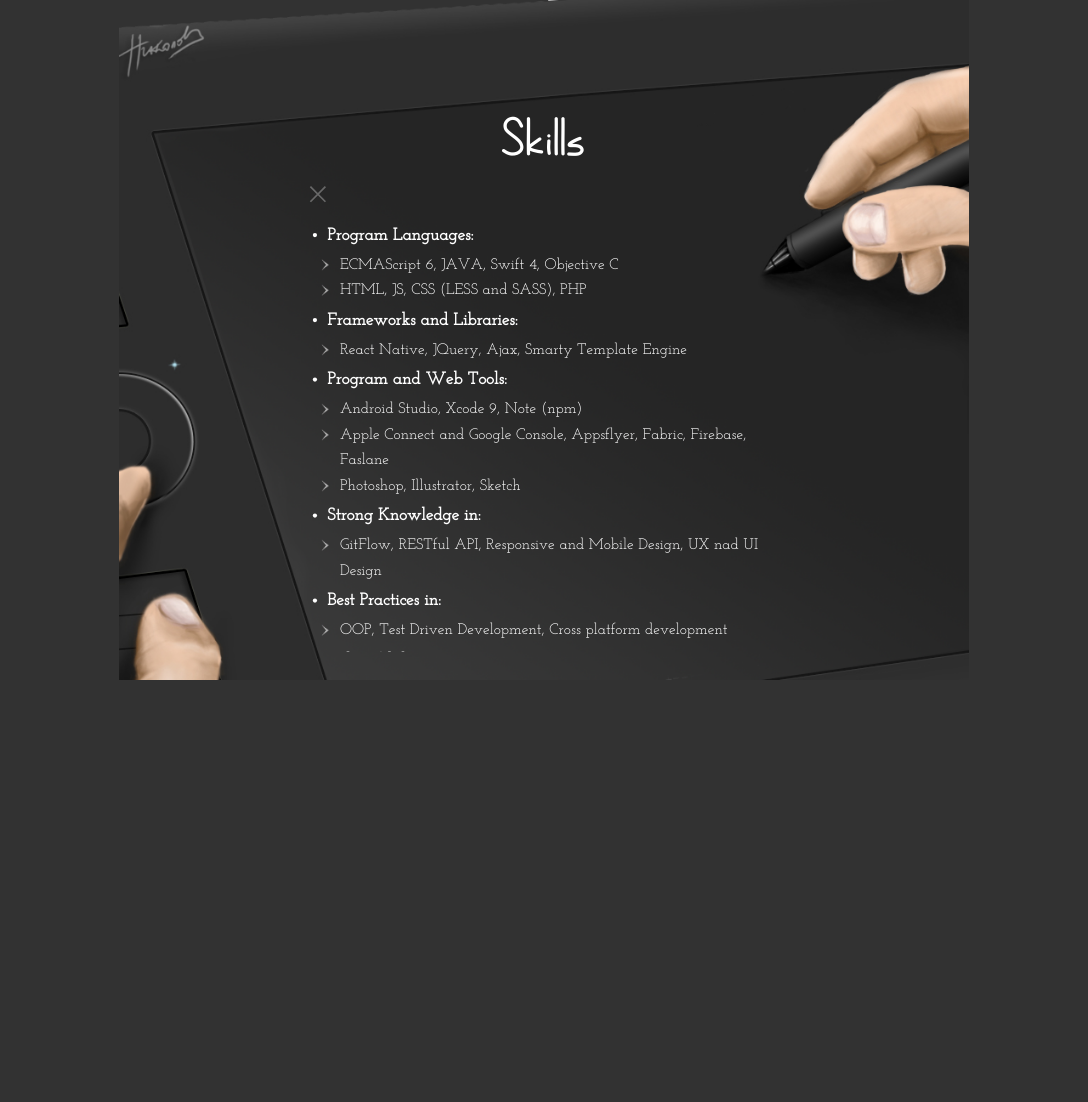
Repository: nikichanko/cv
Page: index.html
An editor plug-in stored every save of this project. The page is shown before and after the next save, followed by the edit.
The browser window is 1280 px wide. The pictures show the whole page, at 85% of full size.
After loading, the first visible `div.item` was clicked once.

Above is the page before, as saved 2018-08-09 23:53:04.

After the next save:
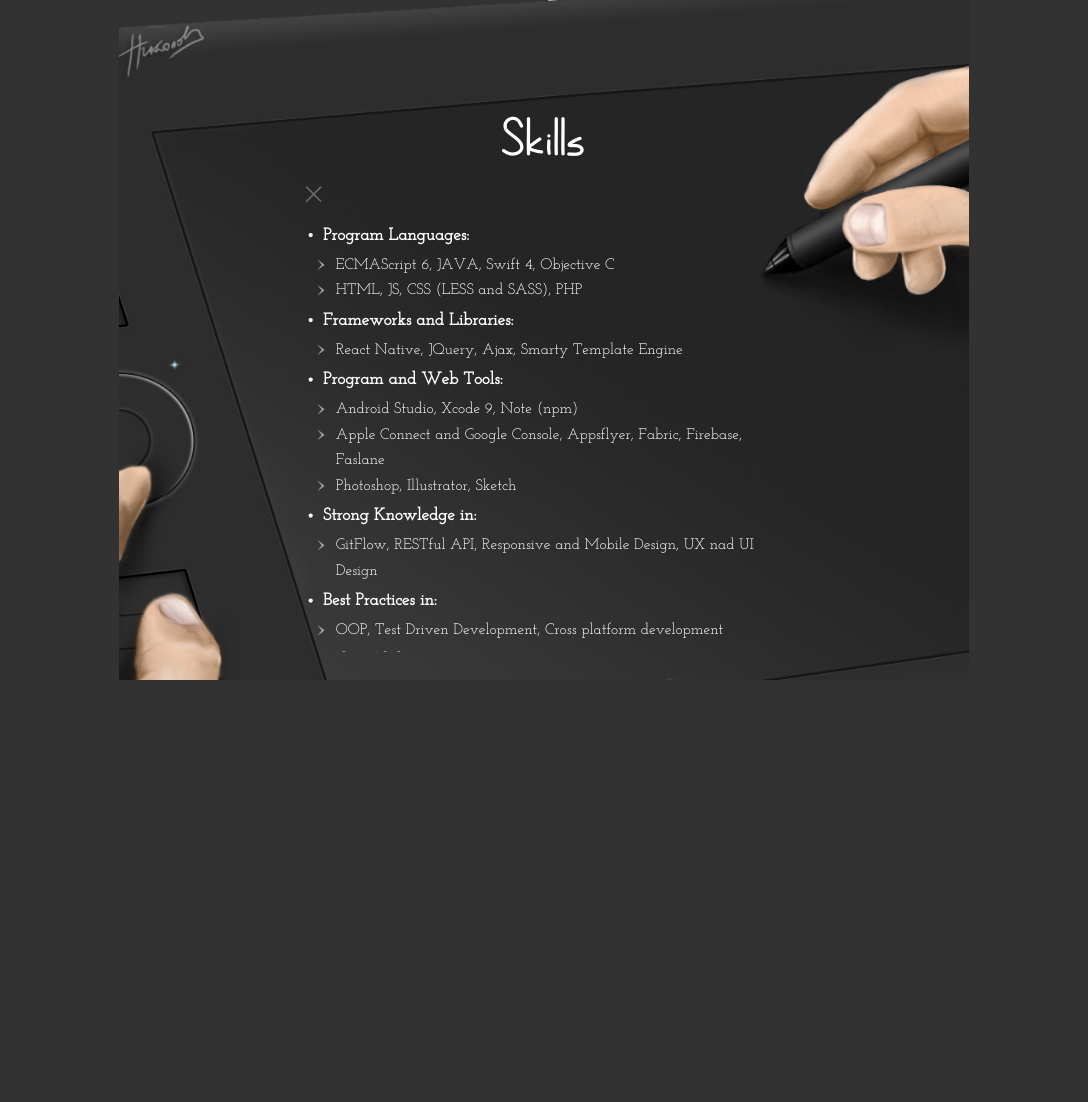
Saved 86 s later.
--- a/css/styles.css
+++ b/css/styles.css
@@ -82,7 +82,7 @@ body {
   max-width: 600px;
   text-align: left;
   top: 50px;
-  width: 55%;
+  width: 56%;
   margin: 0 auto;
   line-height: 40px;
   height: 0;
